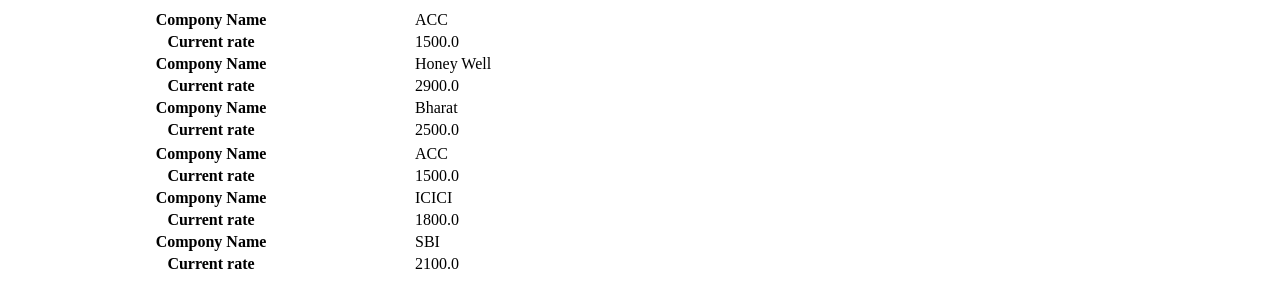
Repository: AmolRavan/StockMarket
Page: http://localhost/StockMarket/getStockInfo
An editor plug-in stored every save of this project. The page is shown before and after the next save, followed by the edit.
The browser window is 1280 px wide. The pictures show the whole page.
The page is served by Tomcat 9. The template is opened directly, without the code that normally fills it, so the values that code supplies are empty.

Above is the page before, as saved 2019-02-23 09:14:27.

After the next save:
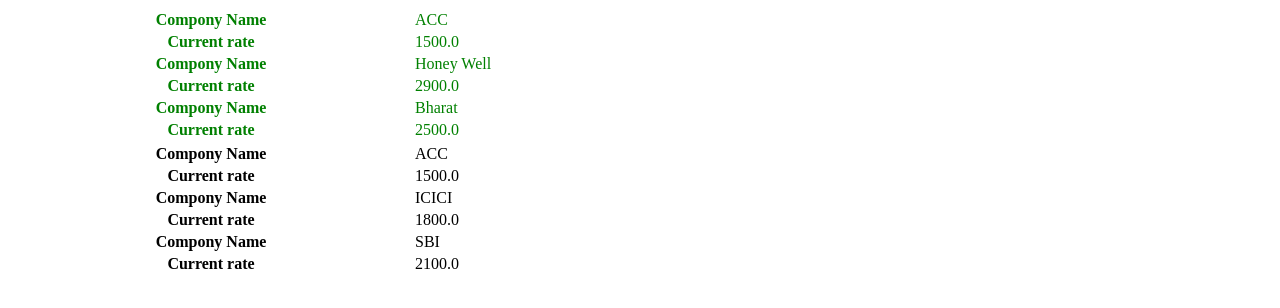
Saved 71 s later.
--- a/StockMarket/src/main/webapp/WEB-INF/pages/MainPage.jsp
+++ b/StockMarket/src/main/webapp/WEB-INF/pages/MainPage.jsp
@@ -21,7 +21,7 @@
 <body>
 	<c:set var="compony" value="${compony}" />
 	<%-- <c:if test="${compony not empty}"> --%>
-	<table style="">
+	<table style="color: green">
 	<c:forEach items="${pList}" var="com" varStatus="status">
 
 			<tr>
